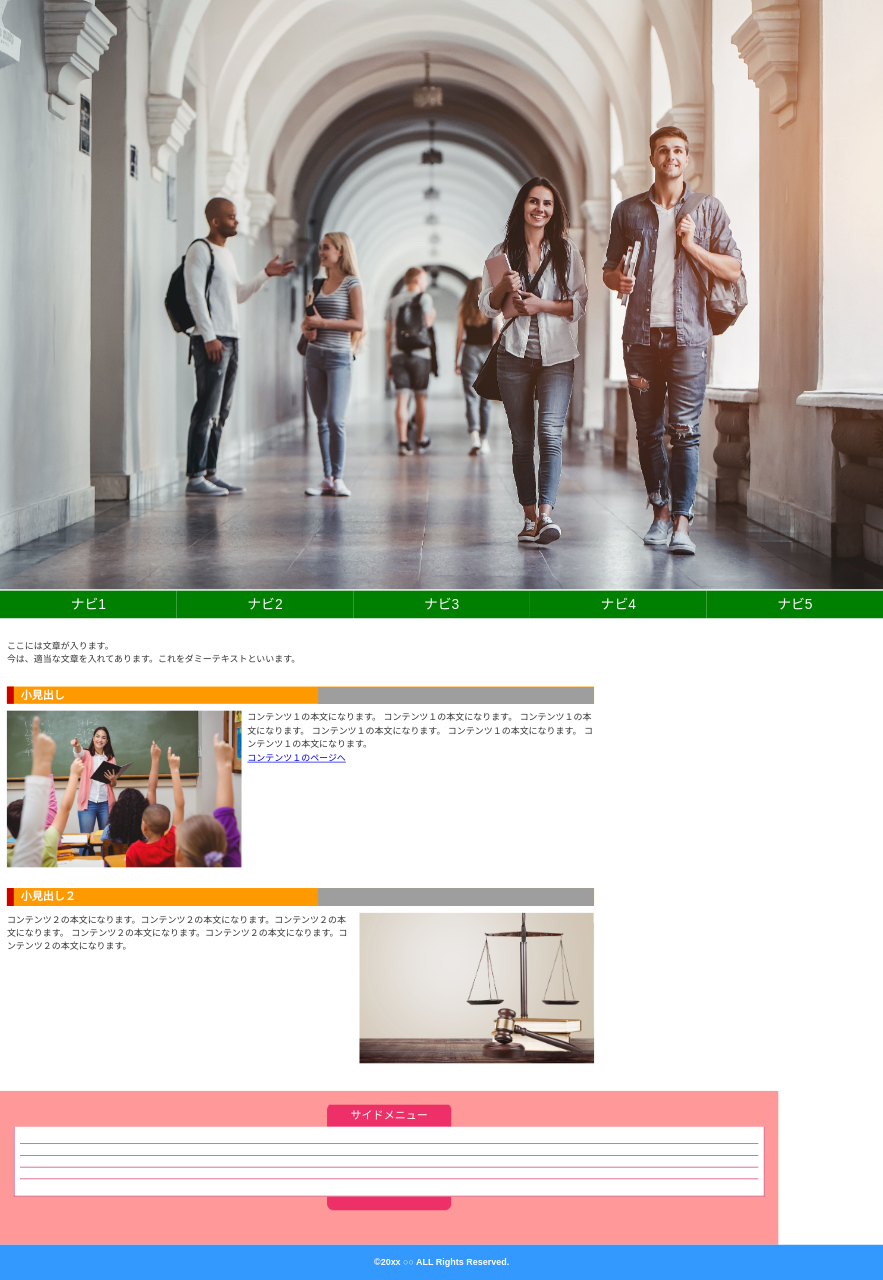
Repository: Ayano0819/samurai_HTML-CSS
Page: c9/home.html
The author's editor kept a record of every edit. The page is drawn from the files as they stood at one moment, then again after the next edit.
The browser window is 1280 px wide. The pictures show the whole page, at 69% of full size.
Pictures or frames that could not be fetched are drawn as grey boxes.

Above is the page before.

### c9/home.html
<!DOCTYPE html>
<html lang="en">
<head>
  <meta charset="UTF-8">
  <title>HTML/CSSの学習</title>
  <link rel="stylesheet" href="stylesheet.css">
</head>
<body>
  <div id="header">
    <h1>
      <a href="index.html"><img id="corridor" src="images/corridor.jpg" alt="大学の廊下"></a>
    </h1>
  </div>
  <div id="wrapper">
    <div id="nav">
      <ul>
        <li><a href="home.html">ナビ1</a></li>
        <li><a href="#">ナビ2</a></li>
          <li><a href="#">ナビ3</a></li>
         <li><a href="#">ナビ4</a></li>
        <li><a href="#">ナビ5</a></li>
       </ul>
     </div>
     <div id="container">
       <div id="main">
         <div class="post">
           <p>ここには文章が入ります。<br>今は、適当な文章を入れてあります。これをダミーテキストといいます。</p>
         </div>
         <div class="post clearfix">
           <h2>小見出し</h2>
           <img class="left" src="images/classroom.jpg" alt="授業風景"/>
           <p>
             コンテンツ１の本文になります。 コンテンツ１の本文になります。 コンテンツ１の本文になります。
              コンテンツ１の本文になります。 コンテンツ１の本文になります。 コンテンツ１の本文になります。
           </p>
           <p><a href="#">コンテンツ１のページへ</a></p>
         </div>
         <div class="post clearfix">
           <h2>小見出し２</h2>
           <img class="right" src="images/scale.jpg" alt="天秤"/>
           <p>
             コンテンツ２の本文になります。コンテンツ２の本文になります。コンテンツ２の本文になります。
             コンテンツ２の本文になります。コンテンツ２の本文になります。コンテンツ２の本文になります。
           </p>
         </div>
       </div>
     </div>
      <div id="side">
          <div class="box">
              <h2>サイドメニュー</h2>
              <div class="boxBody">
                  <ul>
                      <Li></Li>
                      <Li></Li>
                      <Li></Li>
                      <Li></Li>
                  </ul>
              </div>
          </div>
      </div>
  </div>
   <div id="footer">
     <p>&copy;20xx ○○ ALL Rights Reserved.</p>
   </div>
</body>
</html>

### c9/stylesheet.css
@charset "utf-8";

body{
  margin:0;
  padding:0;
  font-family:"ヒラギノ角ゴ Pro W3","Hiragino Gothic Pro","メイリオ",Meiryo,Osaka,"MS Pゴシック","MS PGothic", sans-serif;
  color:#333;
  font-size:13px;
  line-height:150%;
}

/*---------wrapper---------------*/
#wrapper{
  width:100%;
  margin:auto;
  padding:0px;
  border:0px;
  background-color:#FFF;
  top:10px;
}
/*---------header----------------*/
#header{
  width:100%;
}
#header h1{
  margin:0;
  padding:0;
}
#corridor{
  width:100%;
  height:auto;
}
/*---------footer----------------*/
#footer{
  clear:both;
  width:100%;
  padding:3px 0 3px 0;
  background:#39F;
  color:#FFF;
  font-weight:bold;
  text-align:center;
}
/*---------nav----------------*/
#nav{
  width:100%;
}
#nav ul{
  display:flex;
  margin:0;
  padding:0;
  list-style-type:none;
}
#nav ul li {
	width: 20%;
	text-align: center;
}
#nav ul li a {
	display: block;
	height: 20px;
	margin: 0;
	padding: 10px;
	color: #FFF;
	font-size: 20px;
	text-decoration: none;
	background-color: green;
}
#nav ul li a:hover{
  filter:drop-shadow(10px 10px 10px black);
}
/*-------container---------*/
#container{
  width:100%;
  margin:auto;
  padding:auto;
  padding-top:20px;
  clear:both;
  display: grid;
  grid-template-columns:70vw 30vw;
}
/*------main------------*/
#main{
  width:95%;
  padding:10px 30px 10px 10px;
}
#main h2{
  margin:0 0 10px 0;
  padding: 3px 10px 3px 10px;
  color:#FFF;
  font-size:16px;
  border-left:solid 10px #C00;
  background:#F90 url(../images/main_h2.jpg) right top repeat-y;
}
#main p{
  margin:0;
  padding:0;
}
#main .post{
  margin:0 0 30px 0;
}
#main .post img.right{
  margin:0 0 0 8px;
}
#main .post img.left{
  margin:0 8px 0 0;
}
.right{
  float:right;
  width:40%;
  height:auto;
}
.left{
  float:left;
  width:40%;
  height:auto;
}
/*---------clearfix----------*/
.clearfix{
  zoom:1;
}
.clearfix:after{
  content:"";
  display:block;
  clear:both;
}
/*------side--------*/
#side{
  width:85%;
  padding:20px;
  background-color:#F99;
}
#side .box{
  margin:0 auto 30px auto;
  padding:0 0 20px 0;
  background:url(images/side_box.png) bottom no-repeat;
}
#side .box h2{
  margin:0;
  padding:8px;
  text-align:center;
  color:#fff;
  font-size:16px;
  line-height:16px;
  font-weight:normal;
  background:url(images/side_box_h2.png) center no-repeat;
}
#side .box .boxBody{
  padding:8px;
  border-right:solid 1px #C36;
  border-bottom: solid 1px #C36;
  border-left: solid 1px #C36;
  background:#fff;
}
#side .box .boxBody ul{
  margin:0 0 16px 0;
  padding:0;
}
#side .box .boxBody ul li{
  padding:8px 0 8px 4px;
  list-style:none;
  border-bottom: solid 1px #C36;
}
#side .box .boxBody ul li:hover{
  padding:8px 0 8px 4px;
  list-style:none;
  border-bottom:solid 1px #C36;
  box-shadow:0px 4px 4px rgba(0, 0, 0, 0.3);
}

After the next edit:
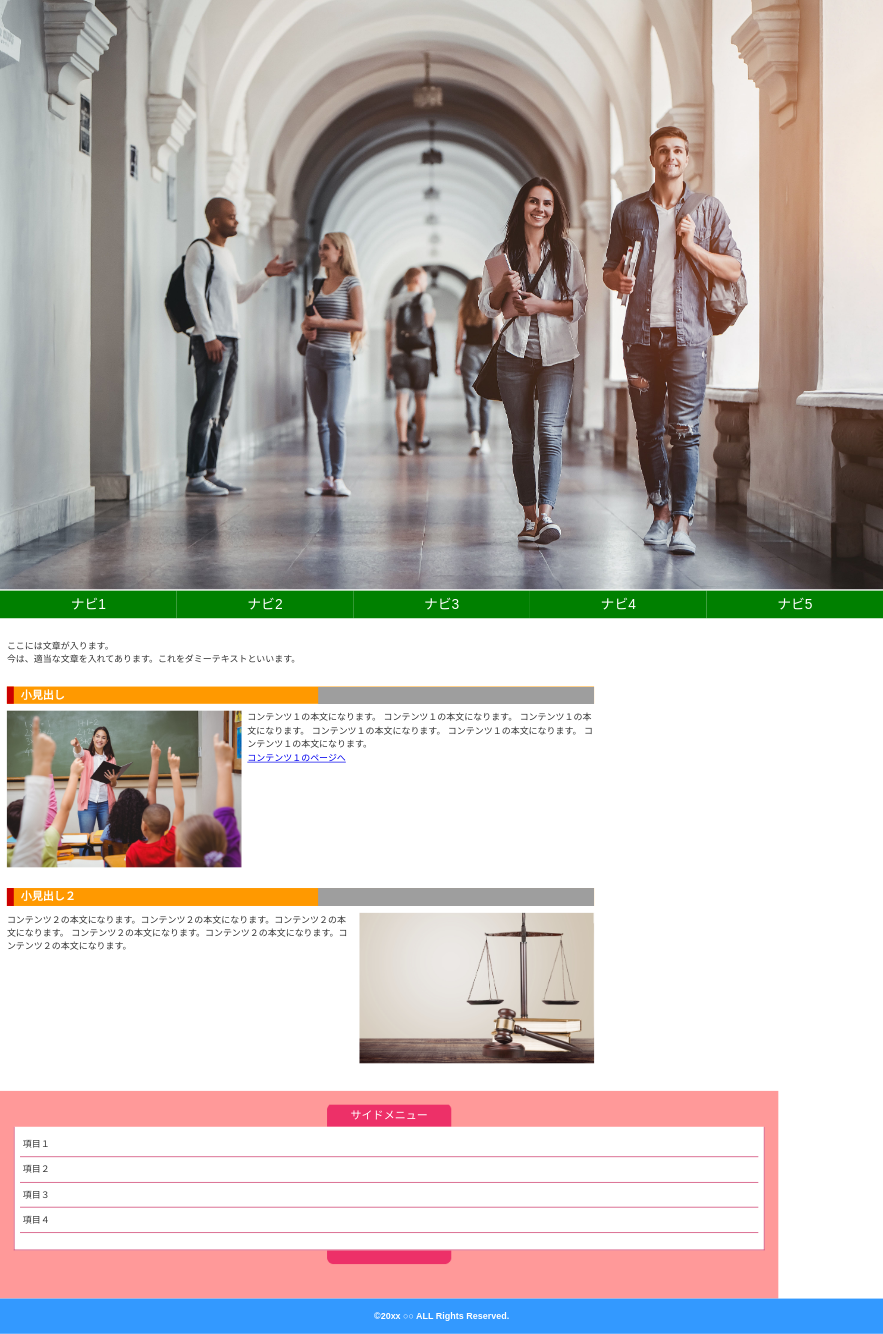
The edit:
--- a/c9/home.html
+++ b/c9/home.html
@@ -50,10 +50,10 @@
               <h2>サイドメニュー</h2>
               <div class="boxBody">
                   <ul>
-                      <Li></Li>
-                      <Li></Li>
-                      <Li></Li>
-                      <Li></Li>
+                      <Li>項目１</Li>
+                      <Li>項目２</Li>
+                      <Li>項目３</Li>
+                      <Li>項目４</Li>
                   </ul>
               </div>
           </div>
